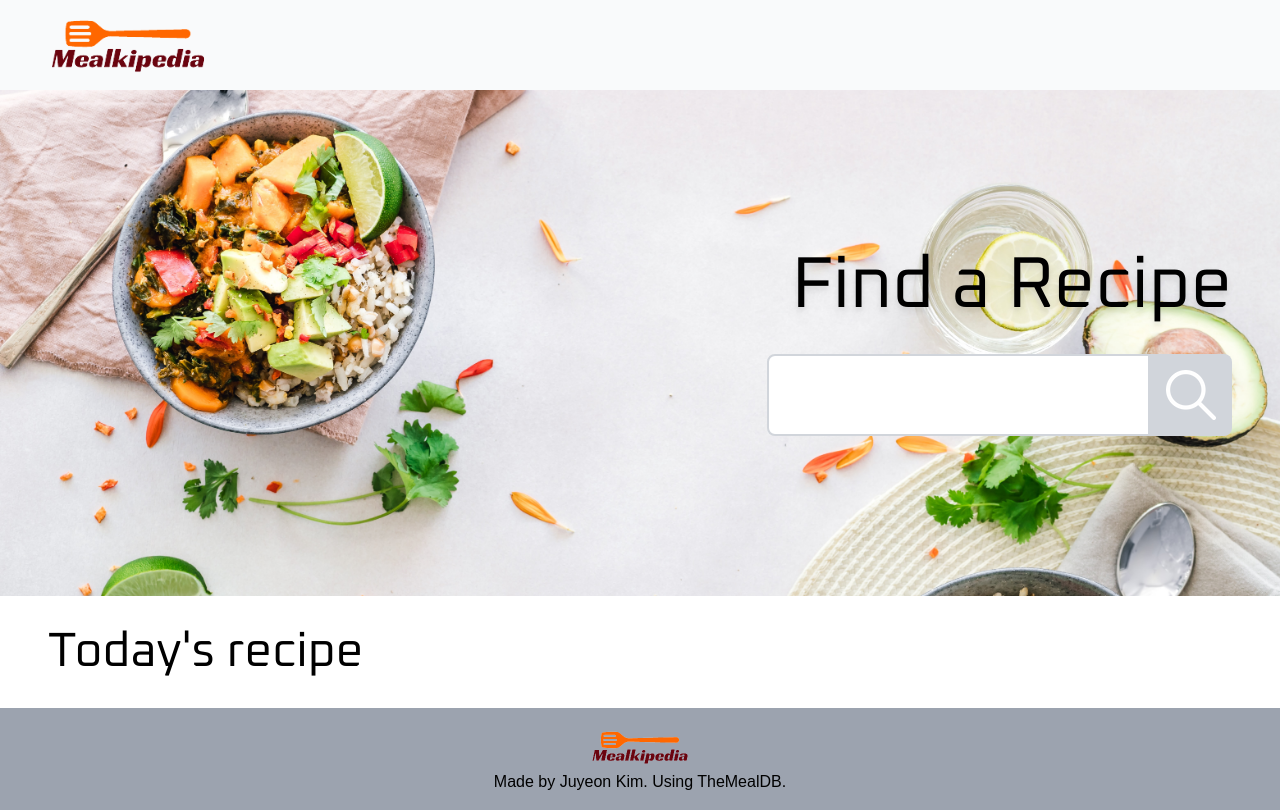
Repository: Jay-JYKim91/grj_mealkipedia
Page: /
These files come from the project's save history. The page is drawn as it stood at one moment and after the next save; the edit follows.
The browser window is 1280 px wide. The pictures show the whole page.
Some web fonts or font styles are not loaded; a fallback is used. The project was rebuilt for these pictures with package versions that can differ from the ones it lists, and the page was loaded fresh each time. Also part of the build but not shown: src/component/recipe.tsx. Imported but missing from the stored project, and not drawn on this page: src/component/search.

Above is the page before, as saved 2022-06-21 16:09:20.

After the next save:
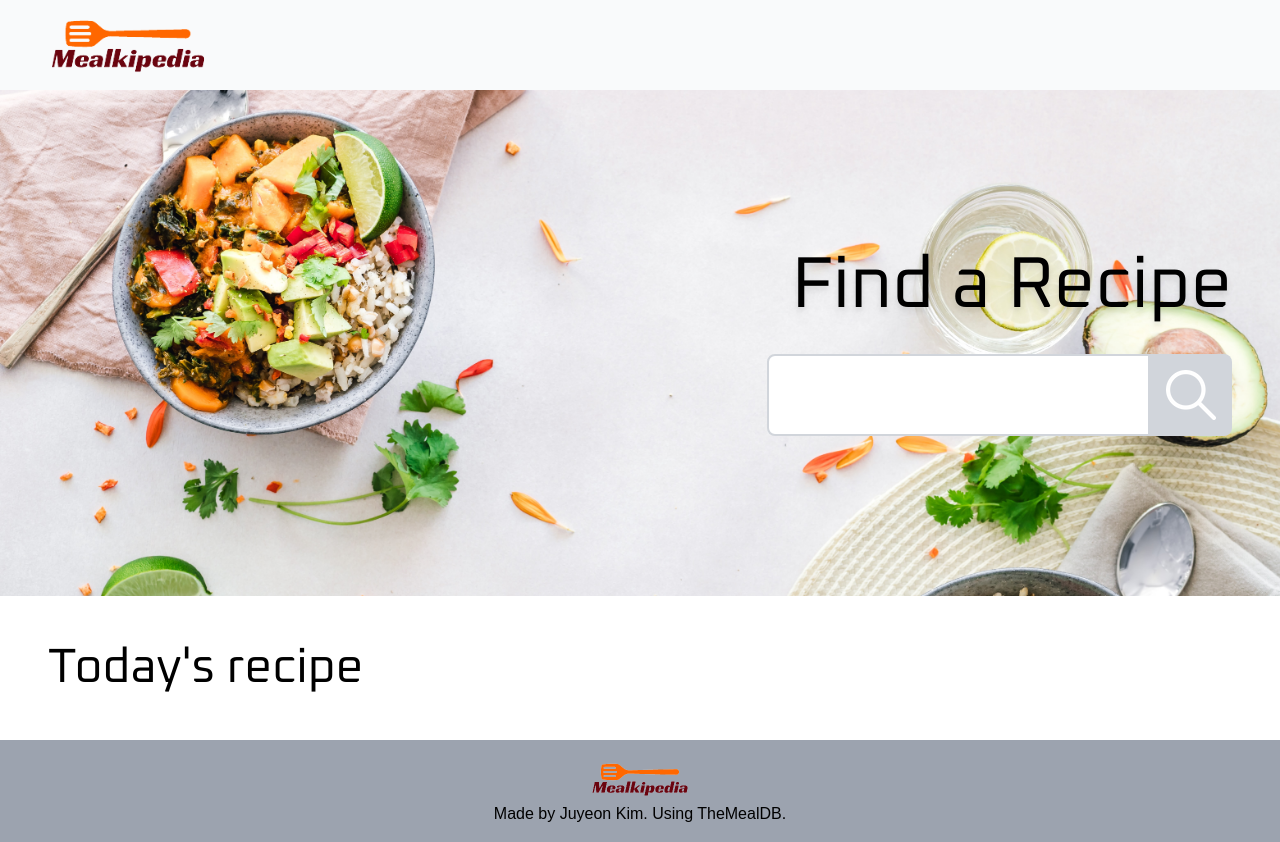
Saved 4 s later.
--- a/src/component/home.tsx
+++ b/src/component/home.tsx
@@ -18,7 +18,7 @@ const Home: React.FC = () => {
                     </button>
                 </div>
             </div>
-            <div className="px-12 py-8">
+            <div className="px-12 py-12">
                 <h1 className="font-body1_font text-5xl">Today's recipe</h1>
             </div>
         </>
